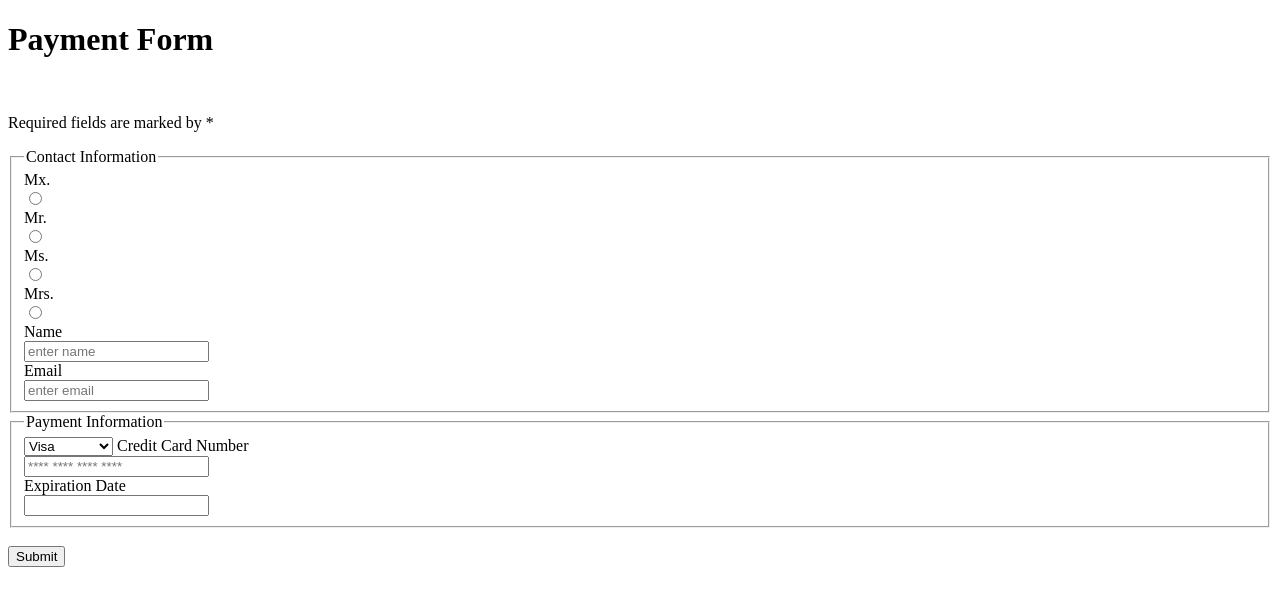
Repository: 10-2-pursuit/lab-intro-to-forms
Page: index.html
An editor plug-in stored every save of this project. The page is shown before and after a run of saves, followed by the edit.
The browser window is 1280 px wide. The pictures show the whole page.

Above is the page before, as saved 2023-06-13 21:53:18.

After the next 4 saves:
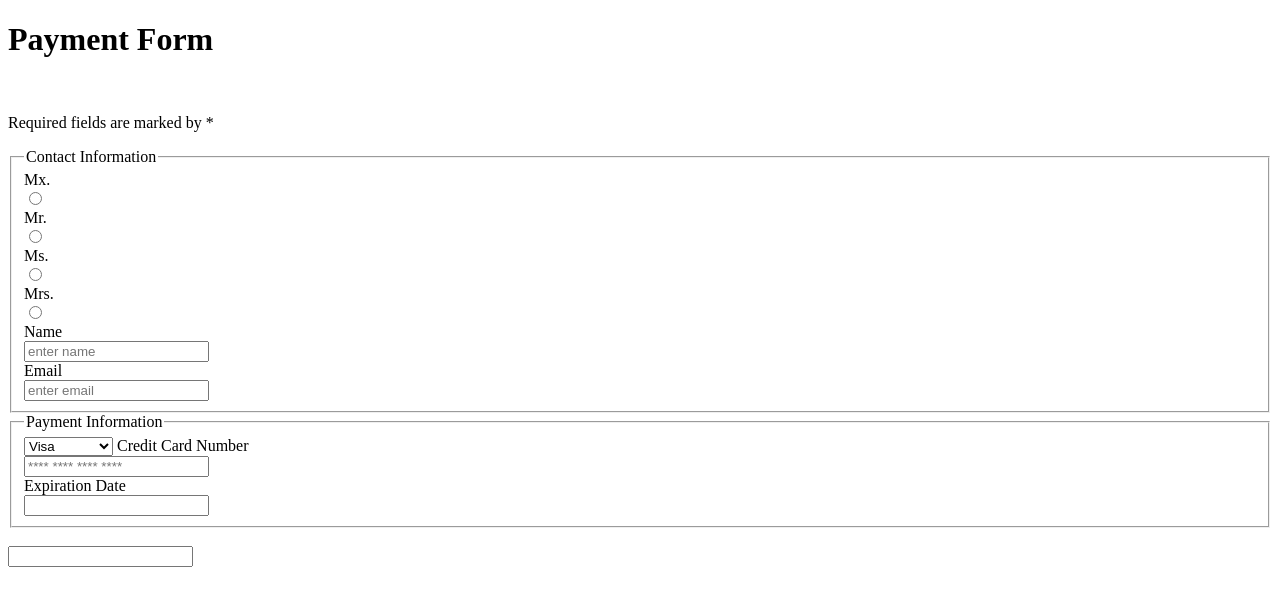
The 4 saves are shown as one change because they came seconds apart.
The last was saved 2 min 43 s later.
--- a/index.html
+++ b/index.html
@@ -52,7 +52,7 @@
             <input type="text" id="expiration-date">
         </fieldset>
             <br>
-        <input type="submit">
+        <input type="Submit P">
 
 
     </form>
